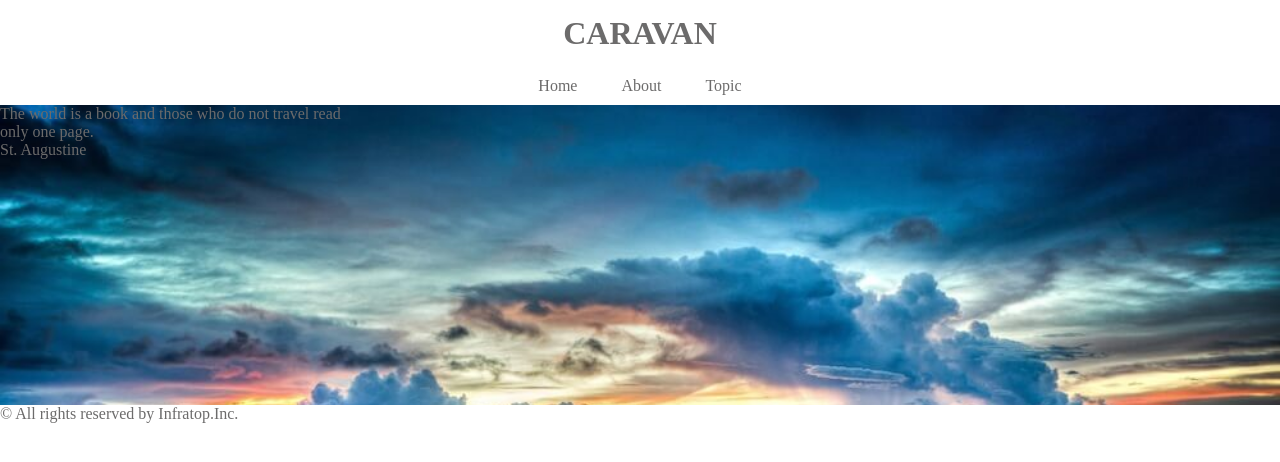
Repository: kowatann/sample_app
Page: caravan/index.html
The author's editor kept a record of every edit. The page is drawn from the files as they stood at one moment, then again after the next edit.
The browser window is 1280 px wide. The pictures show the whole page.

Above is the page before.

After the next edit:
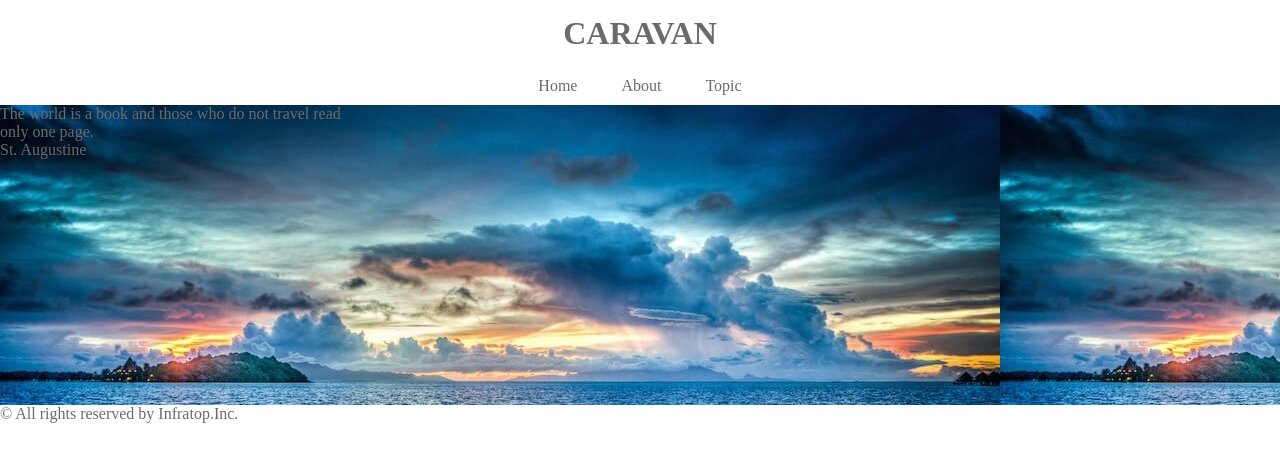
The edit:
--- a/caravan/style.css
+++ b/caravan/style.css
@@ -37,7 +37,6 @@
   width: 100%;
   height: 300px;
   background-image: url(img/mv.jpg);
-  background-size: cover;
 
 .main-visual-content {
   width: 350px;
